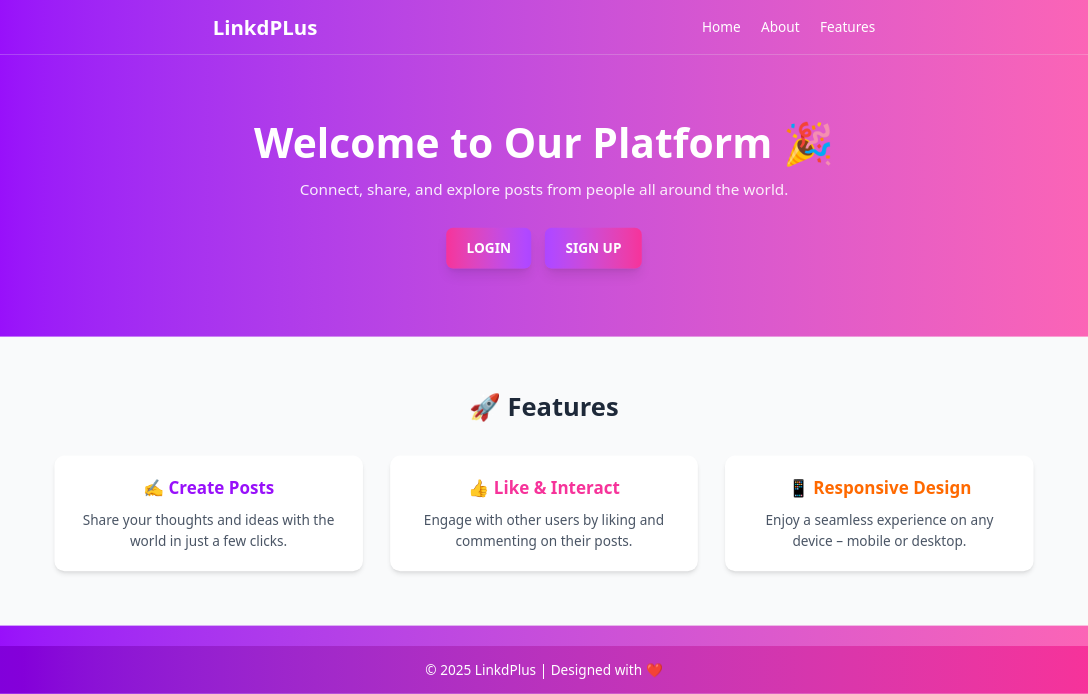
Repository: Tushal27/LinkdPlus-Frontend
Page: /
An editor plug-in stored every save of this project. The page is shown before and after the next save, followed by the edit.
The browser window is 1280 px wide. The pictures show the whole page, at 85% of full size.
The project was rebuilt for these pictures with package versions that can differ from the ones it lists, and the page was loaded fresh each time. Also part of the build but not shown: vite.config.js, src/pages/Login.jsx, src/pages/Register.jsx, src/pages/Profile.jsx, src/components/CommentsDrawer.jsx, src/pages/Posts.jsx, src/pages/EditProfile.jsx. Imported but missing from the stored project, and not drawn on this page: src/components/PostCard, src/pages/Layout.

Above is the page before, as saved 2025-08-04 04:18:59.

After the next save:
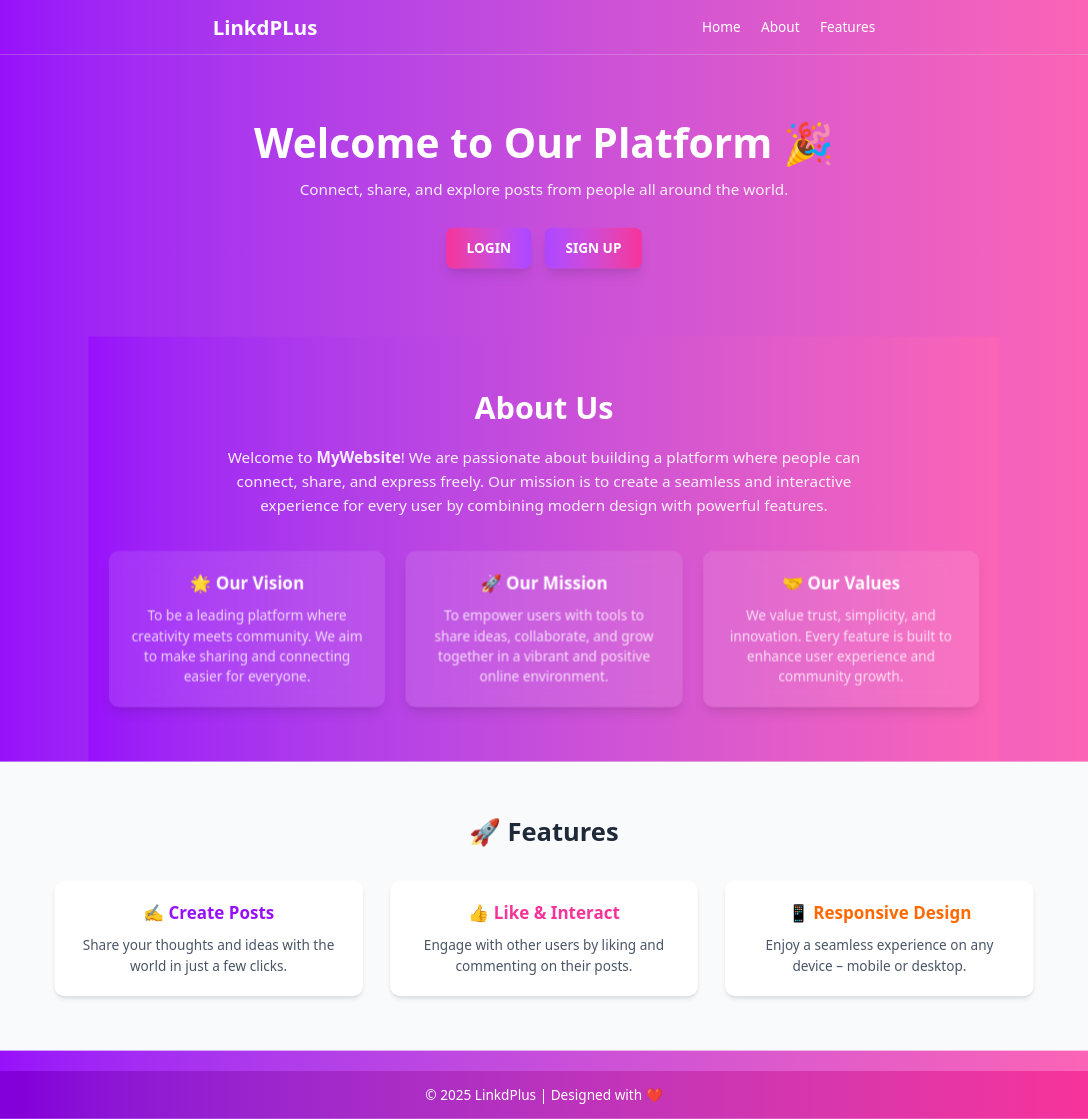
Saved 21 s later.
--- a/src/pages/HomePage.jsx
+++ b/src/pages/HomePage.jsx
@@ -2,6 +2,7 @@ import React from "react";
 import { useNavigate } from "react-router-dom";
 import Navbar from "../components/Navbar";
 import Features from "../components/Features";
+import AboutUs from "../components/AboutUs";
 
 export default function HomePage() {
   const navigate = useNavigate();
@@ -34,6 +35,7 @@ export default function HomePage() {
         </div>
       </section>
 
+      <AboutUs />
       <Features  />
       {/* ✅ Footer */}
       <footer className="w-full bg-gradient-to-r from-purple-700 to-pink-500 text-white text-center py-4 mt-6">
